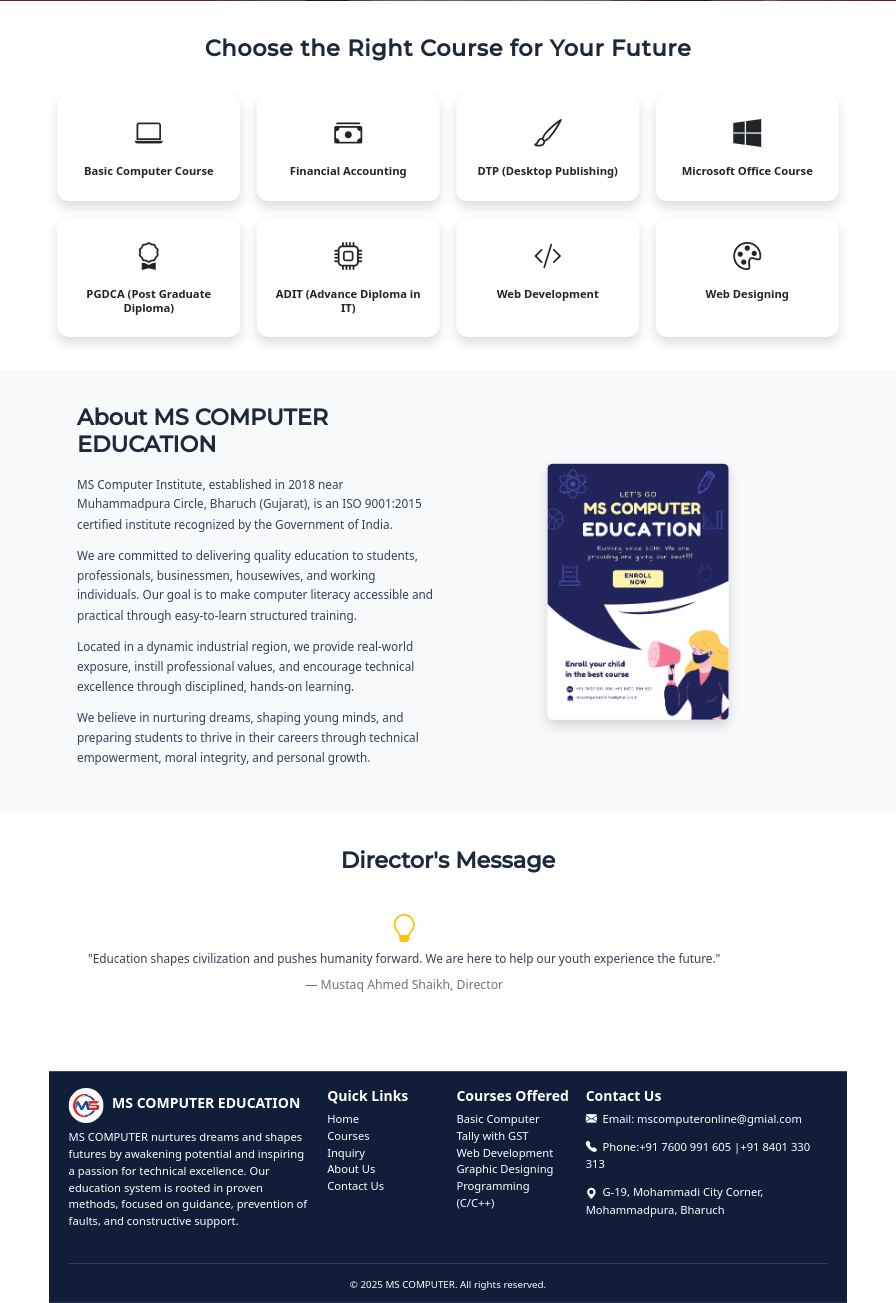
Repository: mscomputer2025/mscomputer
Page: http://localhost/
The author's editor kept a copy of each file at every save. The page is drawn from the files as they stood at one save, then again after the next save.
The browser window is 1280 px wide. The pictures show the part of the page from y = 815 to 2735 px (the page is 2677 px tall before and 2735 px after), at 70% of full size.
Some web fonts or font styles are not loaded; a fallback is used. The page is served by the project's Laravel application, run on PHP 8.4 with Laravel 12. Other server files are loaded and not shown. Queries for data that is not in the repository find no rows.

Above is the page before, as saved 2025-07-01 19:28:58.

### app/Providers/AppServiceProvider.php
<?php

namespace App\Providers;

use Illuminate\Support\ServiceProvider;
use App\Models\Courses;
use Illuminate\Support\Facades\View;

class AppServiceProvider extends ServiceProvider
{

    public function register(): void
    {
        //
    }

    public function boot()
{
    View::composer('*', function ($view) {
        $view->with('allCourses', Courses::all());
    });
}
}

### app/Providers/ViewServiceProvider.php
<?php

namespace App\Providers;

use Illuminate\Support\ServiceProvider;
use Illuminate\Support\Facades\View;
use Illuminate\View\Compilers\BladeCompiler;
use Illuminate\Support\Facades\Validator;
use App\Models\Courses;

class ViewServiceProvider extends ServiceProvider
{

    public function register(): void
    {
        //
    }


    public function boot()
    {
        View::composer('*', function ($view) {
            $courses = Courses::all();
            $view->with('courses', $courses);
        });
    }
}

### routes/web.php
<?php

use Illuminate\Support\Facades\Route;

Route::get('/', function () {
    return view('homepage');
});
Route::get('/ms', function () {
    return view('welcome');
});

### app/Models/Courses.php
<?php

namespace App\Models;

use Illuminate\Database\Eloquent\Model;

class Courses extends Model
{
    protected $fillable = [
        'course_id', 'course_title', 'course_image', 'course_duration',
        'course_description', 'course_curriculum', 'course_rating', 'course_reviews'
    ];

    protected $casts = [
        'course_curriculum' => 'array',
    ];
}

### resources/views/homepage.blade.php
@extends('master.master')

@section('title', 'Home')

@section('content')
    <div class="hero">
        <div>
            <h1 class="display-3 fw-bold">Empowering Futures Through Technology</h1>
            <p class="lead">Simple. Practical. Professional Computer Education.</p>
        </div>
    </div>
    <section class="py-5  text-center">
        <div class="container">
            <h2 class="fw-bold mb-5 heading-styled">Choose the Right Course for Your Future</h2>
            <div class="row g-4 justify-content-center">
                @php
                    $courses = [
                        ['icon' => 'laptop', 'title' => 'Basic Computer Course'],
                        ['icon' => 'cash-stack', 'title' => 'Financial Accounting'],
                        ['icon' => 'brush', 'title' => 'DTP (Desktop Publishing)'],
                        ['icon' => 'windows', 'title' => 'Microsoft Office Course'],
                        ['icon' => 'award', 'title' => 'PGDCA (Post Graduate Diploma)'],
                        ['icon' => 'cpu', 'title' => 'ADIT (Advance Diploma in IT)'],
                        ['icon' => 'code-slash', 'title' => 'Web Development'],
                        ['icon' => 'palette', 'title' => 'Web Designing'],
                    ];
                  @endphp

                @foreach ($courses as $course)
                    <div class="col-6 col-md-4 col-lg-3">
                        <div class="course-box p-4 shadow rounded-4 h-100 transition-hover">
                            <div class="mb-3">
                                <i class="bi bi-{{ $course['icon'] }} fs-1  text-dark "></i>
                            </div>
                            <h6 class="fw-semibold text-dark">{{ $course['title'] }}</h6>
                        </div>
                    </div>
                @endforeach
            </div>
        </div>
    </section>

    <section class="py-5 bg-light">
        <div class="container">
            <div class="row align-items-center mx-3">
                <div class="col-md-6">
                    <h2 class="fw-bold mb-4">About MS COMPUTER EDUCATION</h2>
                    <p>MS Computer Institute, established in 2018 near Muhammadpura Circle, Bharuch (Gujarat), is an ISO
                        9001:2015 certified institute recognized by the Government of India.</p>
                    <p>We are committed to delivering quality education to students, professionals, businessmen, housewives,
                        and working individuals. Our goal is to make computer literacy accessible and practical through
                        easy-to-learn structured training.</p>
                    <p>Located in a dynamic industrial region, we provide real-world exposure, instill professional values,
                        and encourage technical excellence through disciplined, hands-on learning.</p>
                    <p>We believe in nurturing dreams, shaping young minds, and preparing students to thrive in their
                        careers through technical empowerment, moral integrity, and personal growth.</p>
                </div>
                <div class="col-md-6 text-center">
                    <img src="{{ asset('images/aboutusposter.png') }}" alt="MS Computer Institute"
                        class="img-fluid rounded-3 shadow about-image">
                </div>
            </div>
        </div>
    </section>


    <section class="py-5 bg-white">
        <div class="container">
            <h2 class="text-center fw-bold mb-5">Director's Message</h2>
            <div id="quoteCarousel" class="carousel slide" data-bs-ride="carousel" data-bs-interval="5000"
                data-bs-pause="hover">
                <div class="carousel-inner">
                    <div class="carousel-item active">
                        <blockquote class="blockquote text-center">
                            <i class="bi bi-lightbulb fs-1 text-warning mb-3"></i>
                            <p class="mb-4">"Education shapes civilization and pushes humanity forward. We are here to help
                                our youth experience the future."</p>
                            <footer class="blockquote-footer">Mustaq Ahmed Shaikh, Director</footer>
                        </blockquote>
                    </div>
                    <div class="carousel-item">
                        <blockquote class="blockquote text-center">
                            <i class="bi bi-star-fill fs-1 text-primary mb-3"></i>
                            <p class="mb-4">"Excellence and value are not just our principles, but our promise to every
                                student that walks through our doors."</p>
                            <footer class="blockquote-footer">Mustaq Ahmed Shaikh, Director</footer>
                        </blockquote>
                    </div>
                    <div class="carousel-item">
                        <blockquote class="blockquote text-center">
                            <i class="bi bi-rocket fs-1 text-danger mb-3"></i>
                            <p class="mb-4">"We nurture dreams, develop skills, and help youth become self-reliant and
                                ethically strong professionals."</p>
                            <footer class="blockquote-footer">Mustaq Ahmed Shaikh, Director</footer>
                        </blockquote>
                    </div>
                </div>
                <button class="carousel-control-prev" type="button" data-bs-target="#quoteCarousel" data-bs-slide="prev">
                    <span class="carousel-control-prev-icon" aria-hidden="true"></span>
                    <span class="visually-hidden">Previous</span>
                </button>
                <button class="carousel-control-next" type="button" data-bs-target="#quoteCarousel" data-bs-slide="next">
                    <span class="carousel-control-next-icon" aria-hidden="true"></span>
                    <span class="visually-hidden">Next</span>
                </button>
            </div>
        </div>
    </section>

@endsection

### resources/views/master/master.blade.php
<!DOCTYPE html>
<html lang="en">
<head>
    <meta charset="UTF-8">
    <meta name="viewport" content="width=device-width, initial-scale=1.0">
    <link rel="stylesheet" href="{{ asset('css/master.css') }}">
    <link href="https://fonts.googleapis.com/css2?family=Poppins&display=swap" rel="stylesheet">
    <link href="https://fonts.googleapis.com/css2?family=Orbitron:wght@600&family=Montserrat:wght@500&display=swap" rel="stylesheet">
    <link rel="stylesheet" href="https://cdn.jsdelivr.net/npm/bootstrap-icons@1.10.5/font/bootstrap-icons.css">
    <link href="https://cdn.jsdelivr.net/npm/bootstrap@5.3.7/dist/css/bootstrap.min.css" rel="stylesheet">
    <title>MS COMPUTER - @yield('title')</title>
</head>
<body>

    @include('master.header')

    <main>
        @yield('content')
    </main>

    @include('master.footer')

    <script src="https://cdn.jsdelivr.net/npm/bootstrap@5.3.7/dist/js/bootstrap.bundle.min.js"></script>
</body>
</html>

### resources/views/master/header.blade.php
<nav class="navbar navbar-expand-lg navbar-light  shadow-sm">
    <div class="container mx-3">
        <a class="navbar-brand" href="#">
            <img src="{{ asset('logo.jpeg') }}" alt="Institute Logo" width="70" height="100" class="img-fluid">
            <span class="ms-2 fw-bold">MS COMPUTER EDUCATION</span>
        </a>

        <!-- Toggle button for mobile -->
        <button class="navbar-toggler" type="button" data-bs-toggle="collapse" data-bs-target="#navbarContent"
            aria-controls="navbarContent" aria-expanded="false" aria-label="Toggle navigation">
            <span class="navbar-toggler-icon"></span>
        </button>

        <!-- Nav links on right -->
        <div class="collapse navbar-collapse justify-content-end" id="navbarContent">
            <ul class="navbar-nav mb-2 mb-lg-0">
                <li class="nav-item">
                    <a class="nav-link active" href="#">Home</a>
                </li>

                <!-- Courses Dropdown -->
                <li class="nav-item dropdown">
                    <a class="nav-link dropdown-toggle" href="#" id="coursesDropdown" role="button"
                        data-bs-toggle="dropdown" aria-expanded="false">
                        Courses
                    </a>
                    <ul class="dropdown-menu" aria-labelledby="coursesDropdown">
                        <li><a class="dropdown-item" href="#">Basic Computer</a></li>
                        <li><a class="dropdown-item" href="#">Tally ERP</a></li>
                        <li><a class="dropdown-item" href="#">Web Development</a></li>
                        <li><a class="dropdown-item" href="#">Graphic Design</a></li>
                    </ul>
                </li>
                <li class="nav-item">
                    <a class="nav-link" href="#">About Us</a>
                </li>
                <li class="nav-item">
                    <a class="nav-link" href="#">Contact Us</a>
                </li>
            </ul>
        </div>
    </div>
</nav>

### resources/views/master/footer.blade.php
<footer class="container text-white pt-4 pb-3 mt-5 footer-bg">
    <div class="mx-3">
        <div class="row">
            <!-- Institute Info -->
            <div class="col-md-4 mb-3">
                <a class="navbar-brand" href="#">
                    <img src="{{ asset('footerlogo.jpg') }}" alt="Institute Logo" width="50" height="70"
                        class="img-fluid rounded-circle me-2">
                </a>
                <span class="fw-bold h5">MS COMPUTER EDUCATION</span>
                <p class="mt-2">
                    MS COMPUTER nurtures dreams and shapes futures by awakening potential and inspiring a passion for
                    technical excellence. Our education system is rooted in proven methods, focused on guidance,
                    prevention of faults, and constructive support.
                </p>
            </div>

            <!-- Quick Links -->
            <div class="col-md-2 mb-3">
                <h5 class="fw-bold">Quick Links</h5>
                <ul class="list-unstyled">
                    <li><a href="#" class="text-white text-decoration-none">Home</a></li>
                    <li><a href="#" class="text-white text-decoration-none">Courses</a></li>
                    <li><a href="#" class="text-white text-decoration-none">Inquiry</a></li>
                    <li><a href="#" class="text-white text-decoration-none">About Us</a></li>
                    <li><a href="#" class="text-white text-decoration-none">Contact Us</a></li>
                </ul>
            </div>

            <!-- Courses Offered -->
            <div class="col-md-2 mb-3">
                <h5 class="fw-bold">Courses Offered</h5>
                <ul class="list-unstyled">
                    <li><a href="#" class="text-white text-decoration-none">Basic Computer</a></li>
                    <li><a href="#" class="text-white text-decoration-none">Tally with GST</a></li>
                    <li><a href="#" class="text-white text-decoration-none">Web Development</a></li>
                    <li><a href="#" class="text-white text-decoration-none">Graphic Designing</a></li>
                    <li><a href="#" class="text-white text-decoration-none">Programming (C/C++)</a></li>
                </ul>
            </div>

            <!-- Contact Info -->
            <div class="col-md-4 mb-3">
                <h5 class="fw-bold">Contact Us</h5>
                <p><i class="bi bi-envelope-fill me-2"></i>Email: mscomputeronline@gmial.com</p>
                <p><i class="bi bi-telephone-fill me-2"></i>Phone:+91 7600 991 605 |+91 8401 330 313</p>
                <p><i class="bi bi-geo-alt-fill me-2 align-middle"></i>G-19, Mohammadi City Corner, Mohammadpura,
                    Bharuch</p>
            </div>
        </div>

        <hr class="bg-secondary">
        <div class="text-center">
            <small>&copy; {{ date('Y') }} MS COMPUTER. All rights reserved.</small>
        </div>
    </div>
</footer>

### public/css/master.css
:root {
  --primary-light: #F8FAFC;
  --accent-blue: #2563EB;
  --nav-text: #1F2937;
  --footer-bg: #101e39;
  --footer-text: #bde6e0;
  --footer-link-hover: #2563EB;
}

.navbar {
  background-color: var(--primary-light);
  border-bottom: 1px solid #e2e8f0;
  /* font-family: 'Orbitron', sans-serif;  */
}

.navbar .navbar-brand span {
  color: var(--nav-text);
  font-weight: 700;
}

.navbar .nav-link {
  color: var(--nav-text);
  font-weight: 500;
}

.navbar .nav-link.active,
.navbar .nav-link:hover {
  color: var(--accent-blue);
  border-bottom: 2px solid var(--accent-blue);
}

/* Dropdown Styling */
.navbar .dropdown-menu {
  background-color: var(--primary-light);
  border: 1px solid #e2e8f0;
  box-shadow: 0 6px 12px rgba(0, 0, 0, 0.1);
}

.navbar .dropdown-item {
  color: var(--nav-text);
}

.navbar .dropdown-item:hover {
  background-color: var(--accent-blue);
  color: white;
}

footer.footer-bg {
  background-color: var(--footer-bg);
  color: var(--footer-text);
}

footer.footer-bg span h5 {
  color: var(--footer-text);
}

footer.footer-bg a {
  color: var(--footer-text);
  text-decoration: none;
}

footer.footer-bg a:hover {
  color: var(--footer-link-hover);
  text-decoration: underline;
}

footer.footer-bg hr {
  border-top: 1px solid #cbd5e1;
}

.hero {
  width: 100%;
  height: 100vh;
    background-image: url('../images/herosection.jpeg');
  background-position: center center;
  background-size: cover;
  background-repeat: no-repeat;
  position: relative;
  display: flex;
  align-items: center;
  justify-content: center;
  text-align: center;
  color: white;
  overflow: hidden;
  /* font-family: 'Orbitron', sans-serif; */
  padding: 0 15px;
}

.hero::before {
  content: "";
  position: absolute;
  inset: 0;
  background-color: rgba(0, 0, 0, 0.4);
  z-index: 1;
}
.hero>div {
  position: relative;
  z-index: 2;
  text-shadow: 0 2px 8px rgba(0, 0, 0, 0.8);
  max-width: 800px;
  margin: auto;
}
@media (max-width: 768px) {
  .hero h1 {
    font-size: 2rem;
  }

  .hero p {
    font-size: 1rem;
  }
}
@media (max-width: 480px) {
  .hero {
    height: 80vh;
    padding: 20px;
  }
  .hero h1 {
    font-size: 1.5rem;
  }

  .hero p {
    font-size: 0.95rem;
  }
}
.course-box {
  transition: transform 0.3s ease,
}
.course-box:hover {
  transform: translateY(-5px);
  box-shadow: 0 10px 20px rgba(12, 12, 12, 0.1);
}
.heading-styled {
  font-family: 'Orbitron', sans-serif;
  font-size: 2rem;
  letter-spacing: 1px;
  color: #1f2937;
  position: relative;
}
@media (max-width: 576px) {
  .heading-styled {
    font-size: 1.5rem;
  }
}
.heading-styled::after {
  content: "";
  width: 60%;
  height: 3px;
  position: absolute;
  bottom: -10px;
  left: 0;
  border-radius: 2px;
}
section .fw-bold {
  font-family: 'Montserrat', sans-serif;
  color: #1e293b;
}

section p {
  font-size: 1.05rem;
  line-height: 1.7;
  color: #334155;
}
.about-image {
  max-height: 500px;
  object-fit: cover;
  width: 50%;
}

@media (max-width: 768px) {
  .about-image {
    max-height: 300px;
  }
}

After the next save:
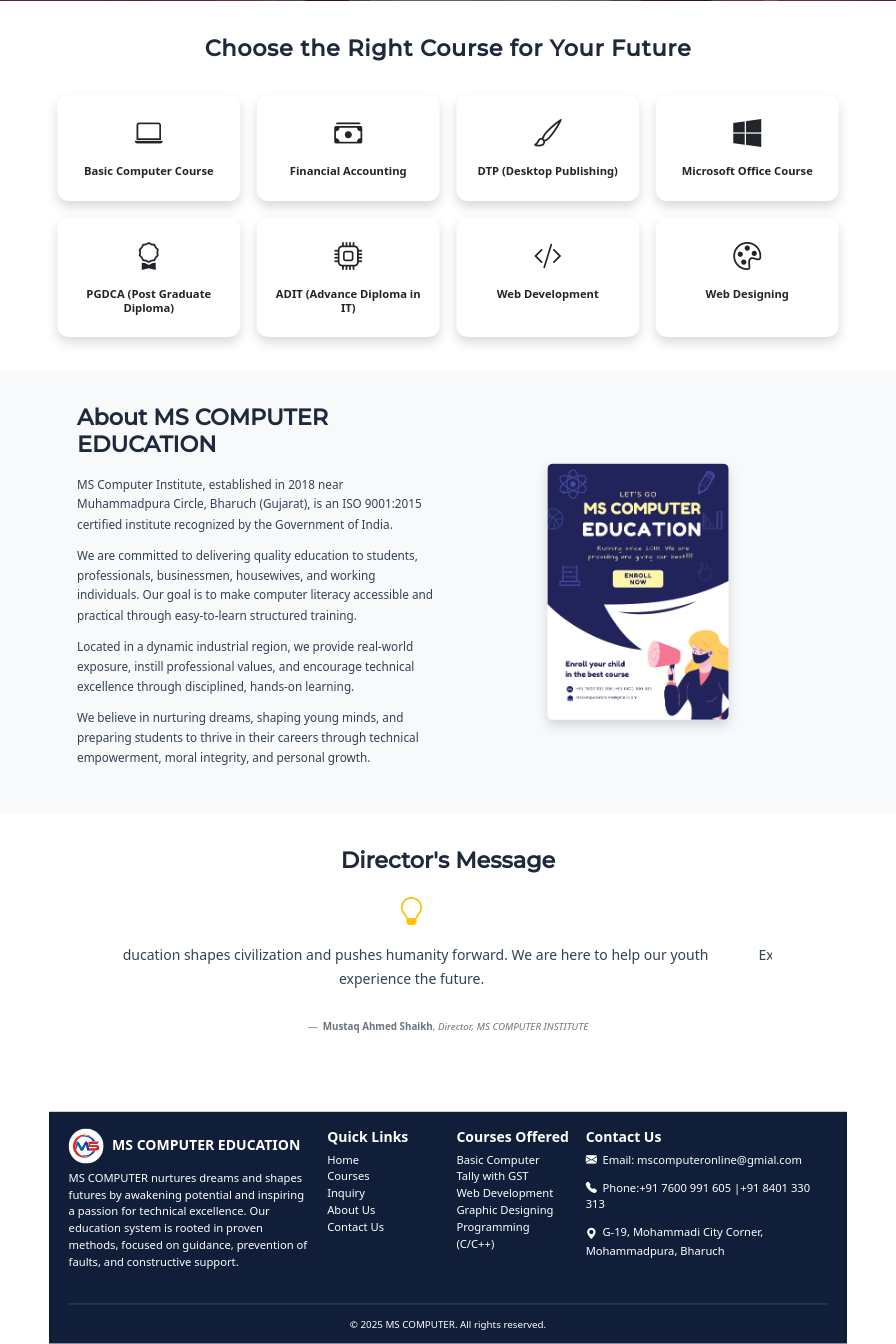
Saved 5 min 38 s later.
--- a/resources/views/homepage.blade.php
+++ b/resources/views/homepage.blade.php
@@ -64,47 +64,50 @@
     </section>
 
 
-    <section class="py-5 bg-white">
-        <div class="container">
-            <h2 class="text-center fw-bold mb-5">Director's Message</h2>
-            <div id="quoteCarousel" class="carousel slide" data-bs-ride="carousel" data-bs-interval="5000"
-                data-bs-pause="hover">
-                <div class="carousel-inner">
-                    <div class="carousel-item active">
-                        <blockquote class="blockquote text-center">
-                            <i class="bi bi-lightbulb fs-1 text-warning mb-3"></i>
-                            <p class="mb-4">"Education shapes civilization and pushes humanity forward. We are here to help
-                                our youth experience the future."</p>
-                            <footer class="blockquote-footer">Mustaq Ahmed Shaikh, Director</footer>
-                        </blockquote>
-                    </div>
-                    <div class="carousel-item">
-                        <blockquote class="blockquote text-center">
-                            <i class="bi bi-star-fill fs-1 text-primary mb-3"></i>
-                            <p class="mb-4">"Excellence and value are not just our principles, but our promise to every
-                                student that walks through our doors."</p>
-                            <footer class="blockquote-footer">Mustaq Ahmed Shaikh, Director</footer>
-                        </blockquote>
-                    </div>
-                    <div class="carousel-item">
-                        <blockquote class="blockquote text-center">
-                            <i class="bi bi-rocket fs-1 text-danger mb-3"></i>
-                            <p class="mb-4">"We nurture dreams, develop skills, and help youth become self-reliant and
-                                ethically strong professionals."</p>
-                            <footer class="blockquote-footer">Mustaq Ahmed Shaikh, Director</footer>
-                        </blockquote>
-                    </div>
-                </div>
-                <button class="carousel-control-prev" type="button" data-bs-target="#quoteCarousel" data-bs-slide="prev">
-                    <span class="carousel-control-prev-icon" aria-hidden="true"></span>
-                    <span class="visually-hidden">Previous</span>
-                </button>
-                <button class="carousel-control-next" type="button" data-bs-target="#quoteCarousel" data-bs-slide="next">
-                    <span class="carousel-control-next-icon" aria-hidden="true"></span>
-                    <span class="visually-hidden">Next</span>
-                </button>
+<section class="py-5 bg-white">
+  <div class="container">
+    <h2 class="text-center fw-bold mb-4">Director's Message</h2>
+
+    <div class="row justify-content-center">
+      <div class="col-lg-10">
+
+        <!-- Carousel for quotes only -->
+        <div id="quoteCarousel" class="carousel slide" data-bs-ride="carousel" data-bs-interval="5000" data-bs-pause="hover">
+          <div class="carousel-inner text-center">
+            <div class="carousel-item active">
+              <i class="bi bi-lightbulb fs-1 text-warning mb-3 d-block"></i>
+              <p class="fs-5 px-3">Education shapes civilization and pushes humanity forward. We are here to help our youth experience the future.</p>
             </div>
+            <div class="carousel-item">
+              <i class="bi bi-star-fill fs-1 text-primary mb-3 d-block"></i>
+              <p class="fs-5 px-3">Excellence and value are not just our principles, but our promise to every student that walks through our doors.</p>
+            </div>
+            <div class="carousel-item">
+              <i class="bi bi-rocket fs-1 text-danger mb-3 d-block"></i>
+              <p class="fs-5 px-3">We nurture dreams, develop skills, and help youth become self-reliant and ethically strong professionals.</p>
+            </div>
+          </div>
+
+          <!-- Controls -->
+          <button class="carousel-control-prev" type="button" data-bs-target="#quoteCarousel" data-bs-slide="prev">
+            <span class="carousel-control-prev-icon" aria-hidden="true"></span>
+            <span class="visually-hidden">Previous</span>
+          </button>
+          <button class="carousel-control-next" type="button" data-bs-target="#quoteCarousel" data-bs-slide="next">
+            <span class="carousel-control-next-icon" aria-hidden="true"></span>
+            <span class="visually-hidden">Next</span>
+          </button>
         </div>
-    </section>
+
+        <!-- Static author name -->
+        <footer class="blockquote-footer text-center mt-4">
+          <strong>Mustaq Ahmed Shaikh</strong>, <cite title="Director">Director, MS COMPUTER INSTITUTE</cite>
+        </footer>
+
+      </div>
+    </div>
+  </div>
+</section>
+
 
 @endsection
